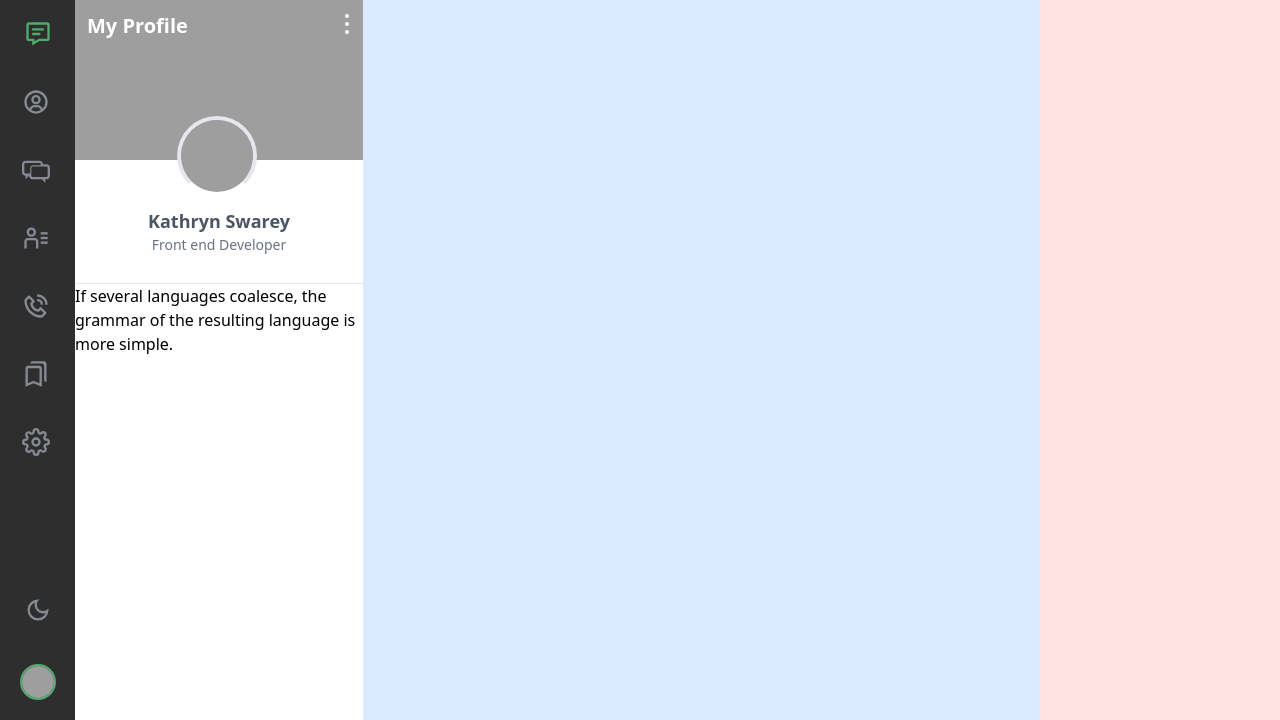
Repository: satya-ranjon/Chat-app
Page: /
An editor plug-in stored every save of this project. The page is shown before and after the next save, followed by the edit.
The browser window is 1280 px wide. The pictures show the whole page.
Pictures or frames that could not be fetched are drawn as grey boxes. The project was rebuilt for these pictures with package versions that can differ from the ones it lists, and the page was loaded fresh each time.

Above is the page before, as saved 2022-03-31 04:06:03.

After the next save:
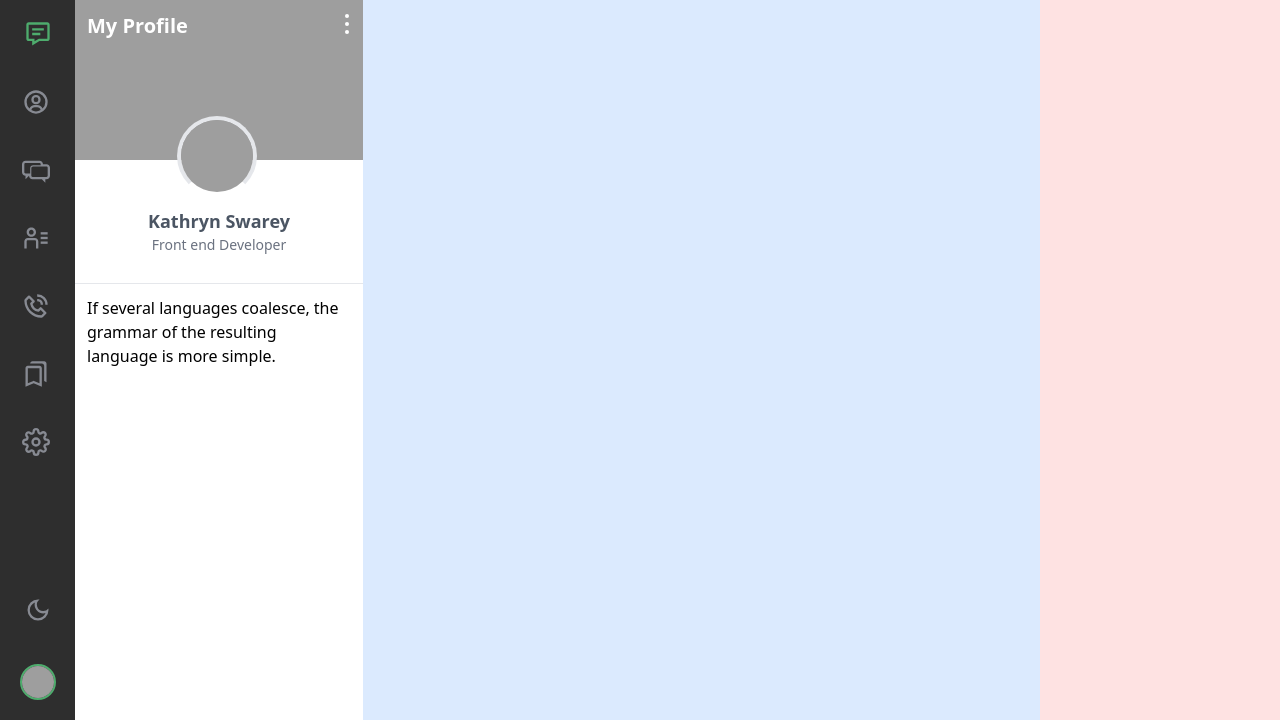
Saved 14 s later.
--- a/src/components/MyProfile/ProfileInfo.jsx
+++ b/src/components/MyProfile/ProfileInfo.jsx
@@ -3,7 +3,7 @@ import React from "react";
 export default function ProfileInfo() {
   return (
     <div>
-      <p>
+      <p className="p-3">
         If several languages coalesce, the grammar of the resulting language is
         more simple.
       </p>
